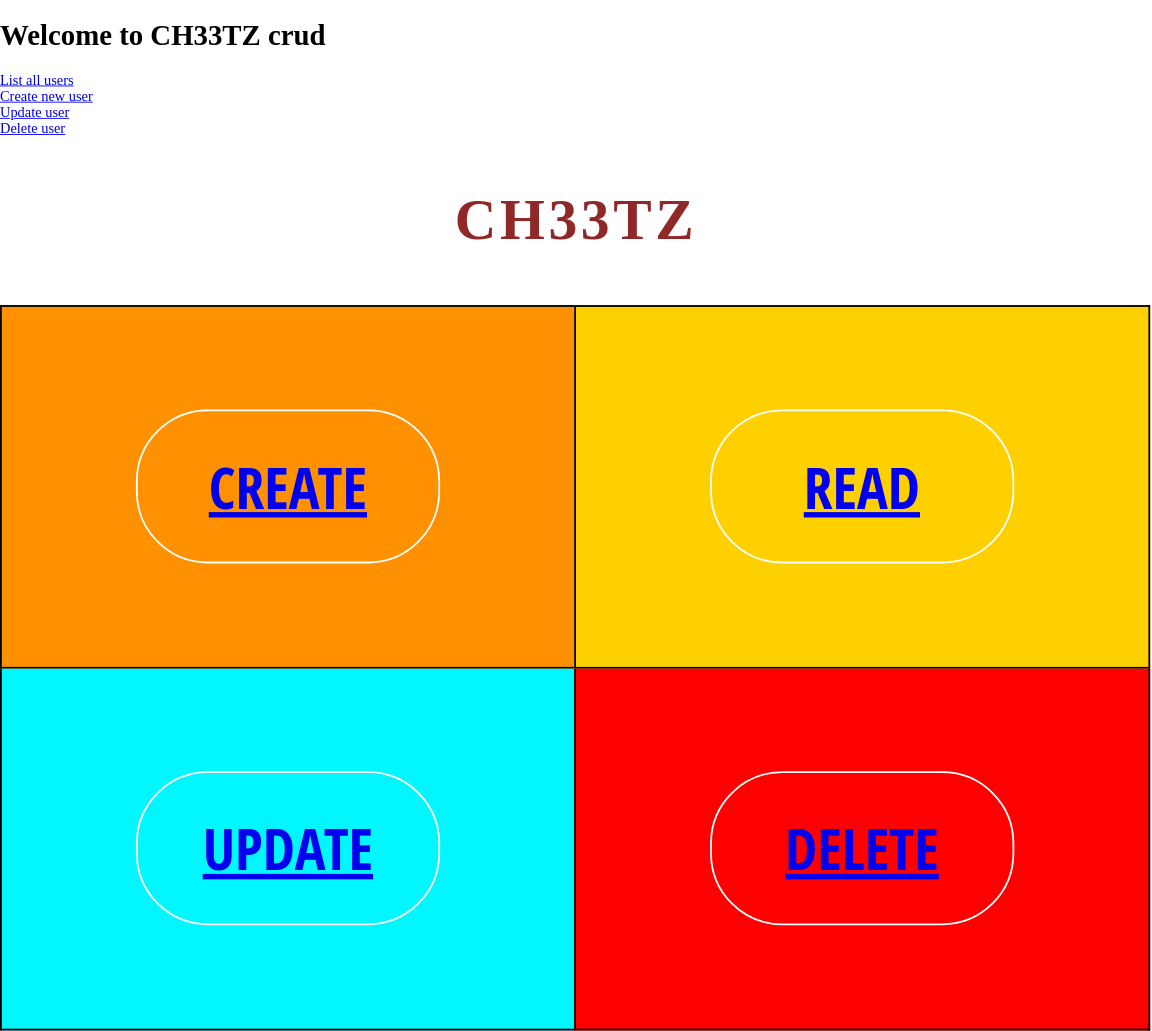
Repository: ivanmirandastavenuiter/spring-boot-mvc-crud
Page: http://localhost/ch33tz/
These files come from the project's save history. The page is drawn as it stood at one moment and after the next save; the edit follows.
The browser window is 1280 px wide. The pictures show the whole page, at 90% of full size.
Some web fonts or font styles are not loaded; a fallback is used. The page is served by Tomcat 9. Other server files are loaded and not shown.

Above is the page before, as saved 2020-04-28 16:18:13.

### ch33tz/src/main/webapp/index.jsp
<%@ page language="java" contentType="text/html; charset=ISO-8859-1"
    pageEncoding="ISO-8859-1"%>
<%@ taglib prefix="spring" uri="http://www.springframework.org/tags" %>
<%@ taglib prefix="c" uri="http://java.sun.com/jsp/jstl/core" %>
<%@ taglib prefix="form" uri="http://www.springframework.org/tags/form" %>
<!DOCTYPE html>
<html>
<head>
<meta charset="ISO-8859-1">
<meta name="viewport" content="width=device-width, initial-scale=1.0">
<link href="https://fonts.googleapis.com/css2?family=Cinzel&family=Monoton&family=Open+Sans+Condensed:wght@300&family=Righteous&display=swap" rel="stylesheet">
<script
    src="https://code.jquery.com/jquery-3.5.0.slim.js"
    integrity="sha256-sCexhaKpAfuqulKjtSY7V9H7QT0TCN90H+Y5NlmqOUE="
    crossorigin="anonymous"></script>
<title>Welcome</title>
<style>

	 body {
            margin: 0;
            padding: 0;
        }

        div.main-container {
            margin: 0;
            padding: 0;
        }

        div.title-container {
            margin: 50px auto;
            width: 50%;
            text-align: center;
        }

        h1.main-title {
            font-family: 'Monoton', cursive;
            color: #902828;
            letter-spacing: 4px;
            font-size: 4em;
            margin: .1em;
            padding: .1em;
        }

        div.operations-container {
            width: 100%;
            display: flex;
            flex-wrap: wrap;
        }

        div[class^="operation-item"] {
            width: 49.67%;
            height: 400px;
            border: .2vw solid #000;
            display: flex;
            justify-content: center;
            align-items: center;
            transition: background-color linear .3s;
        }

        div.operation-item-c { background-color: #ff9100; border-right: none; }
        div.operation-item-r { background-color: #ffd000; }
        div.operation-item-u { background-color: #00f7ff; border-right: none; border-top: none; }
        div.operation-item-d { background-color: #ff0000; border-top: none;}

        div.operation-label {
            font-family: 'Open Sans Condensed', sans-serif;
            font-size: 4em;
            border: 2px solid #fff;
            color: #fff;
            width: 40%;
            text-align: center;
            padding: 40px;
            border-radius: 80px;
            transition: color, border linear .3s;
        }

        @media (max-width: 1000px) {

            div[class^="operation-item"] {
                width: 99.968%;
            }

            div.operation-item-c,
            div.operation-item-u {
                border-right: .2vw solid #000;
            }

        }

</style>
</head>
<body>

<c:set var="contextPath" value="${pageContext.request.contextPath}"/>

<h1>Welcome to CH33TZ crud</h1>

<a href="${contextPath}/user/list">List all users</a><br>
<a href="${contextPath}/user/add">Create new user</a><br>
<a href="${contextPath}/user/list">Update user</a><br>
<a href="${contextPath}/user/list">Delete user</a>

<div class="main-container">

        <div class="title-container">
            <h1 class="main-title">CH33TZ</h1>
        </div>

        <div class="operations-container">
            <div class="operation-item-c">
                <div class="operation-label">
                    <a href="${contextPath}/user/add">CREATE</a>
                </div>
            </div>
            <div class="operation-item-r">
                <div class="operation-label">
                    <a href="${contextPath}/user/list">READ</a>
                </div>
            </div>
            <div class="operation-item-u">
                <div class="operation-label">
                    <a href="${contextPath}/user/list">UPDATE</a>
                </div>
            </div>
            <div class="operation-item-d">
                <div class="operation-label">
                    <a href="${contextPath}/user/list">DELETE</a>
                </div>
            </div>
        </div>
    </div>

    <script>


        $(document).ready(function() {

            let operationItems = $('div[class^="operation-item"]').children();

            operationItems.each(function() {
                let parentClassName = $(this).parent().attr('class');

                switch(parentClassName) {

                    // Orange
                    case 'operation-item-c':

                        $(this).hover(
                            function() {
                                $(this).css({
                                    "border-color" : "#ff9100",
                                    "color" : "#ff9100"
                                });
                                $(this).parent().css("background", "#fff");
                            },
                            function() {
                                $(this).css({
                                    "border-color" : "#fff",
                                    "color" : "#fff"
                                });
                                $(this).parent().css("background", "#ff9100");
                            }
                        );

                    break;

                    // Yellow
                    case 'operation-item-r':

                        $(this).hover(
                            function() {
                                $(this).css({
                                    "border-color" : "#ffd000",
                                    "color" : "#ffd000"
                                });
                                $(this).parent().css("background", "#fff");
                            },
                            function() {
                                $(this).css({
                                    "border-color" : "#fff",
                                    "color" : "#fff"
                                });
                                $(this).parent().css("background", "#ffd000");
                            }
                        );

                    break;

                    // Blue
                    case 'operation-item-u':

                        $(this).hover(
                            function() {
                                $(this).css({
                                    "border-color" : "#00f7ff",
                                    "color" : "#00f7ff"
                                });
                                $(this).parent().css("background", "#fff");
                            },
                            function() {
                                $(this).css({
                                    "border-color" : "#fff",
                                    "color" : "#fff"
                                });
                                $(this).parent().css("background", "#00f7ff");
                            }
                        );

                    break;

                    // Red
                    case 'operation-item-d':

                        $(this).hover(
                            function() {
                                $(this).css({
                                    "border-color" : "#ff0000",
                                    "color" : "#ff0000"
                                });
                                $(this).parent().css("background", "#fff");
                            },
                            function() {
                                $(this).css({
                                    "border-color" : "#fff",
                                    "color" : "#fff"
                                });
                                $(this).parent().css("background", "#ff0000");
                            }
                        );

                    break;

                }

            });

        });

    </script>

</body>
</html>

After the next save:
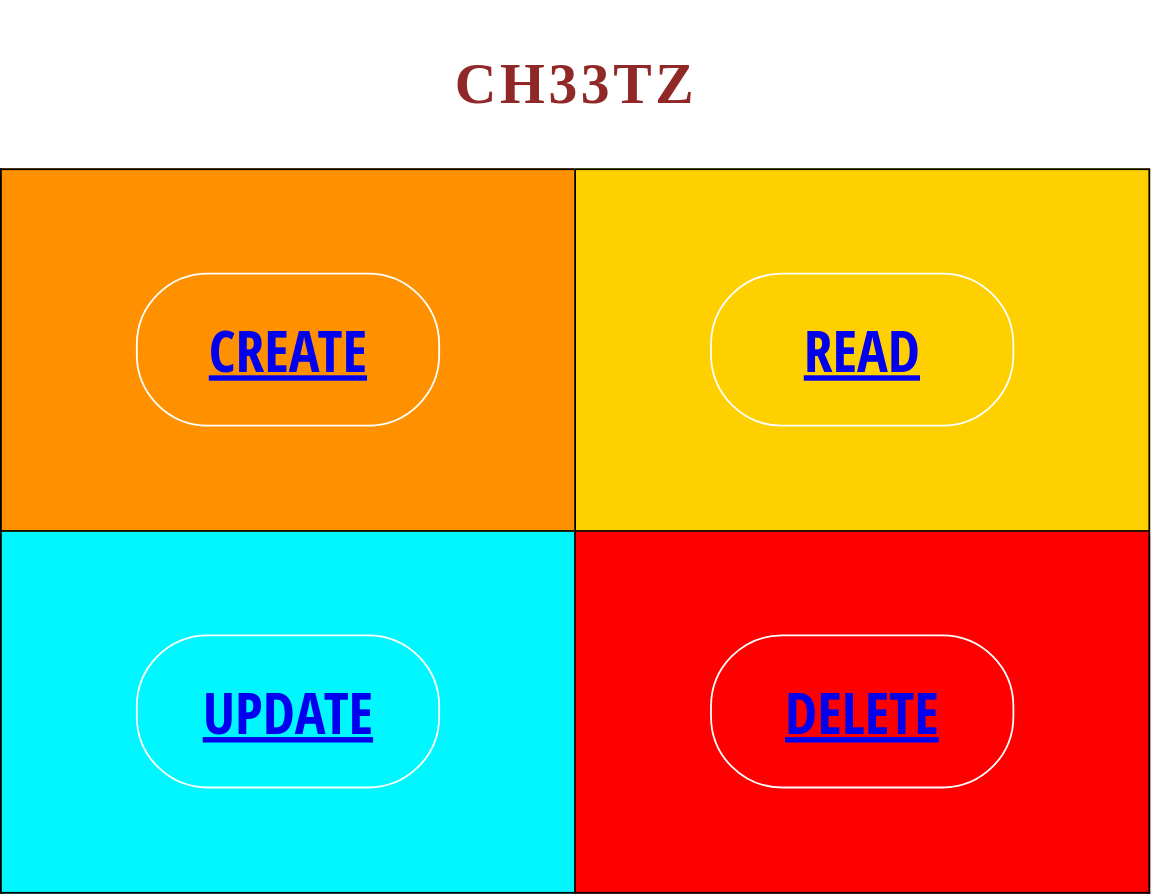
Saved 42 s later.
--- a/ch33tz/src/main/webapp/index.jsp
+++ b/ch33tz/src/main/webapp/index.jsp
@@ -93,12 +93,13 @@
 
 <c:set var="contextPath" value="${pageContext.request.contextPath}"/>
 
+<!--
 <h1>Welcome to CH33TZ crud</h1>
 
 <a href="${contextPath}/user/list">List all users</a><br>
 <a href="${contextPath}/user/add">Create new user</a><br>
 <a href="${contextPath}/user/list">Update user</a><br>
-<a href="${contextPath}/user/list">Delete user</a>
+<a href="${contextPath}/user/list">Delete user</a> -->
 
 <div class="main-container">
 
